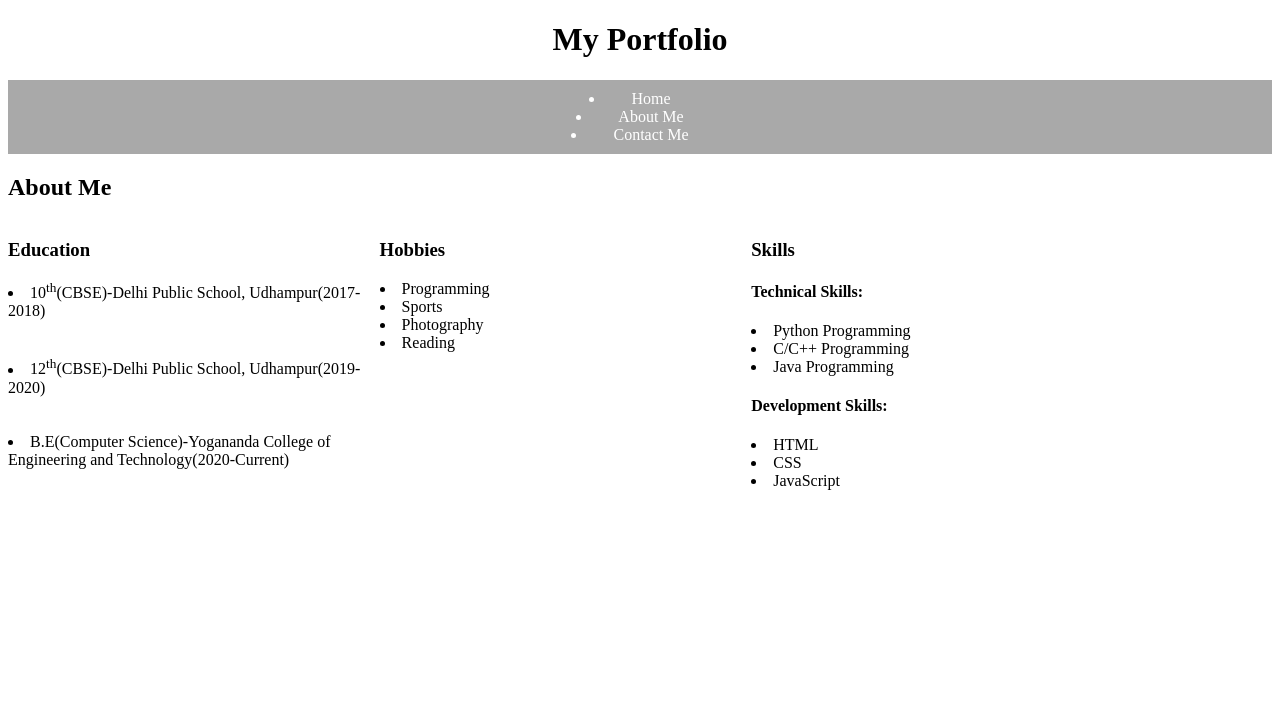
Repository: harshitanthal1/my_portfolio
Page: aboutme.html
An editor plug-in stored every save of this project. The page is shown before and after the next save, followed by the edit.
The browser window is 1280 px wide. The pictures show the whole page.

Above is the page before, as saved 2024-02-02 18:47:59.

After the next save:
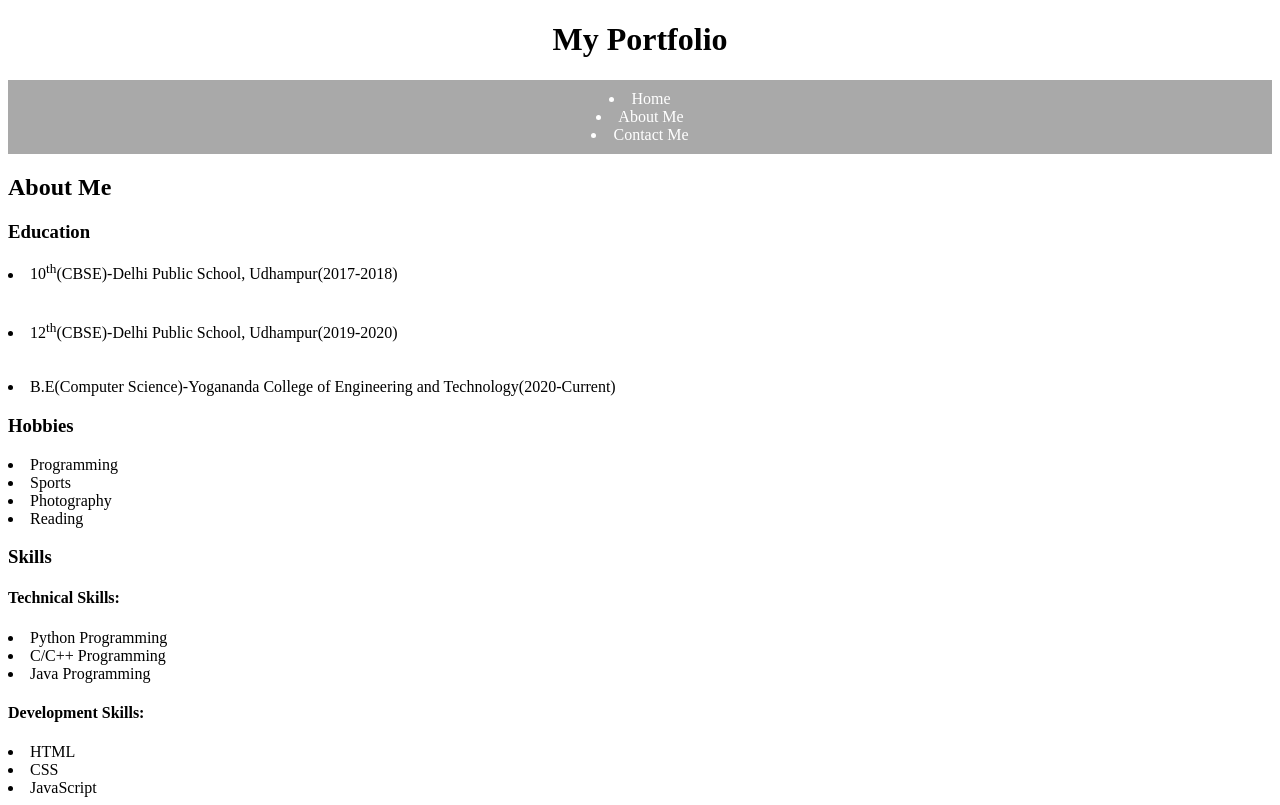
Saved 54 s later.
--- a/styles/styles.css
+++ b/styles/styles.css
@@ -9,7 +9,7 @@ nav {
     text-align: center;
 }
 
-a {
+#nav-item {
     display: inline;
     margin-right: 20px;
     margin-left: 20px;
@@ -29,12 +29,3 @@ a {
 img {
     border-radius: 50%;
 }
-
-main {
-    display: flex;
-    width:98%;
-}
-
-.sub-box {
-    width: 30%;
-}
